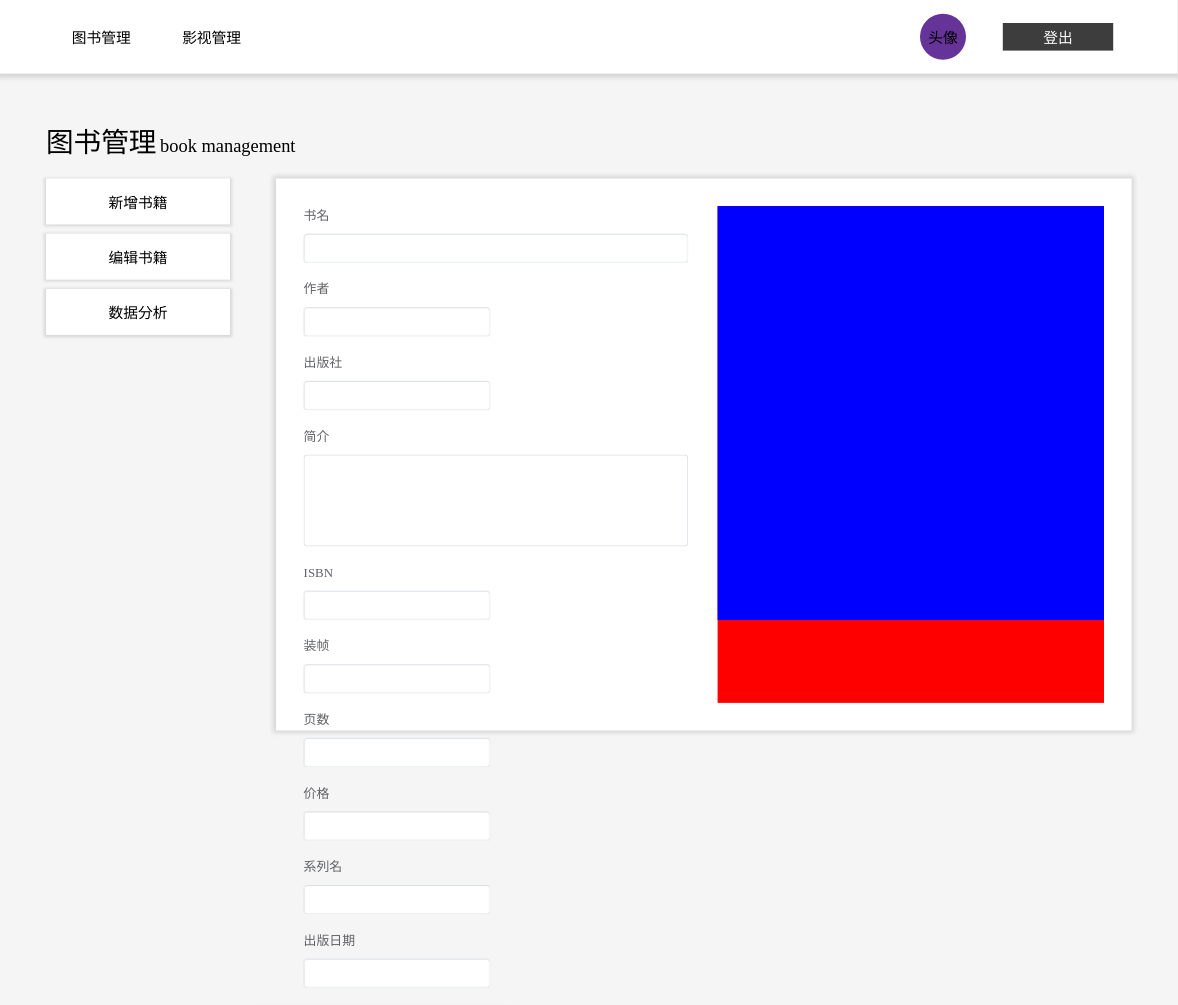
Repository: quanwangniuniu/Oasis-Reading-Platform
Page: /#/admin/books (app in Vue-frontend/)
An editor plug-in stored every save of this project. The page is shown before and after the next save, followed by the edit.
The browser window is 1280 px wide. The pictures show the whole page, at 92% of full size.
Some web fonts or font styles are not loaded; a fallback is used. The project was rebuilt for these pictures with package versions that can differ from the ones it lists, and the page was loaded fresh each time. Also part of the build but not shown: Vue-frontend/vite.config.js, Vue-frontend/src/components/Test.vue, Vue-frontend/src/components/user/books/BookCard.vue, Vue-frontend/src/components/axios/config.js, Vue-frontend/src/components/axios/api.js, Vue-frontend/src/components/user/books/Books.vue, Vue-frontend/src/components/user/movies/Favourites.vue, Vue-frontend/src/components/user/explore/Explore.vue and 10 more.

Above is the page before, as saved 2023-04-13 16:48:56.

After the next save:
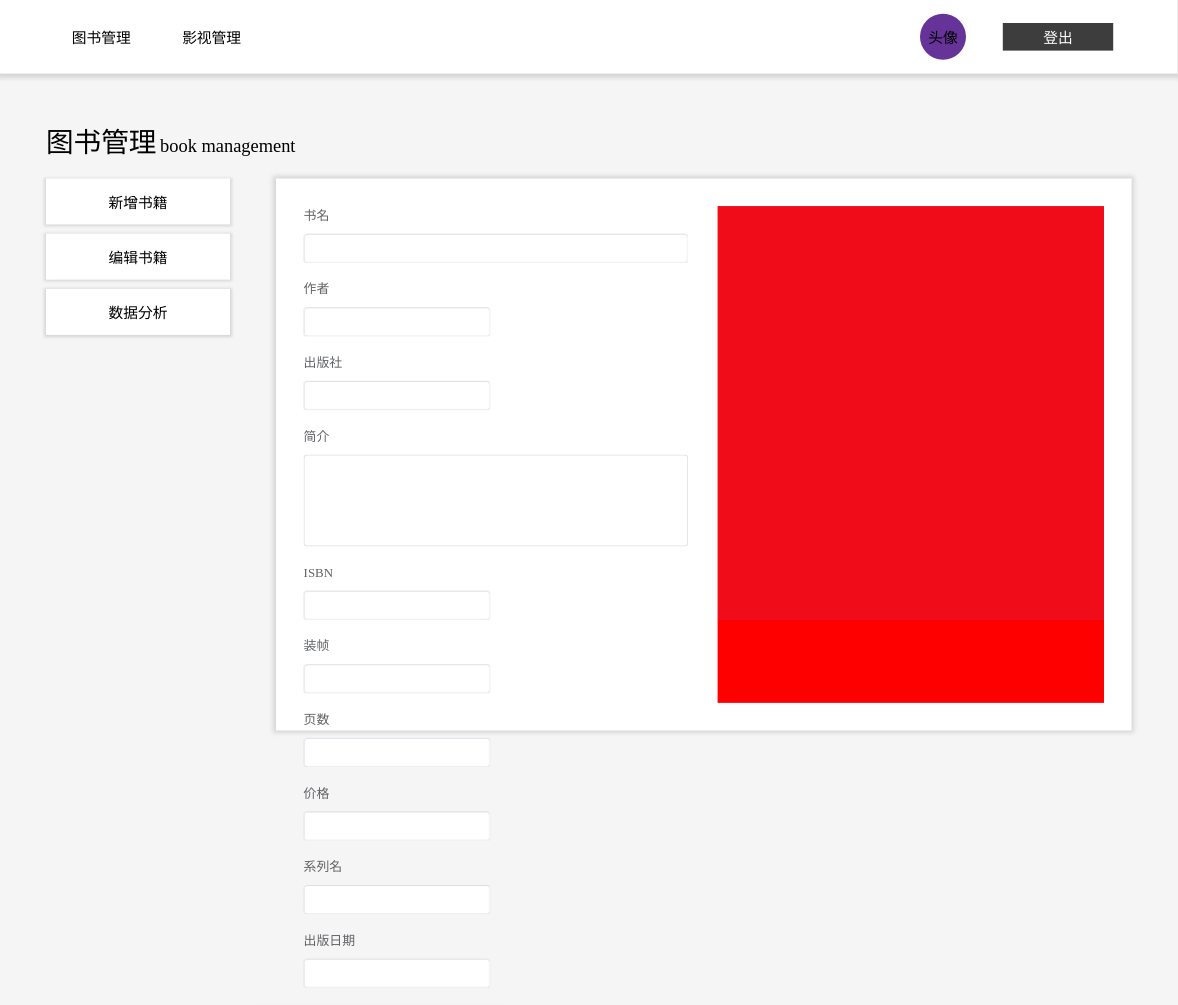
Saved 12 s later.
--- a/Vue-frontend/src/components/admin/bookManagement/BookManagement.vue
+++ b/Vue-frontend/src/components/admin/bookManagement/BookManagement.vue
@@ -127,7 +127,7 @@ const bookItem = ref({
 .img-container{
   width: 100%;
   height: 450px;
-  background-color: blue;
+  background-color: rgb(120, 120, 241, 0.1);
 }
 
 .book-img{
